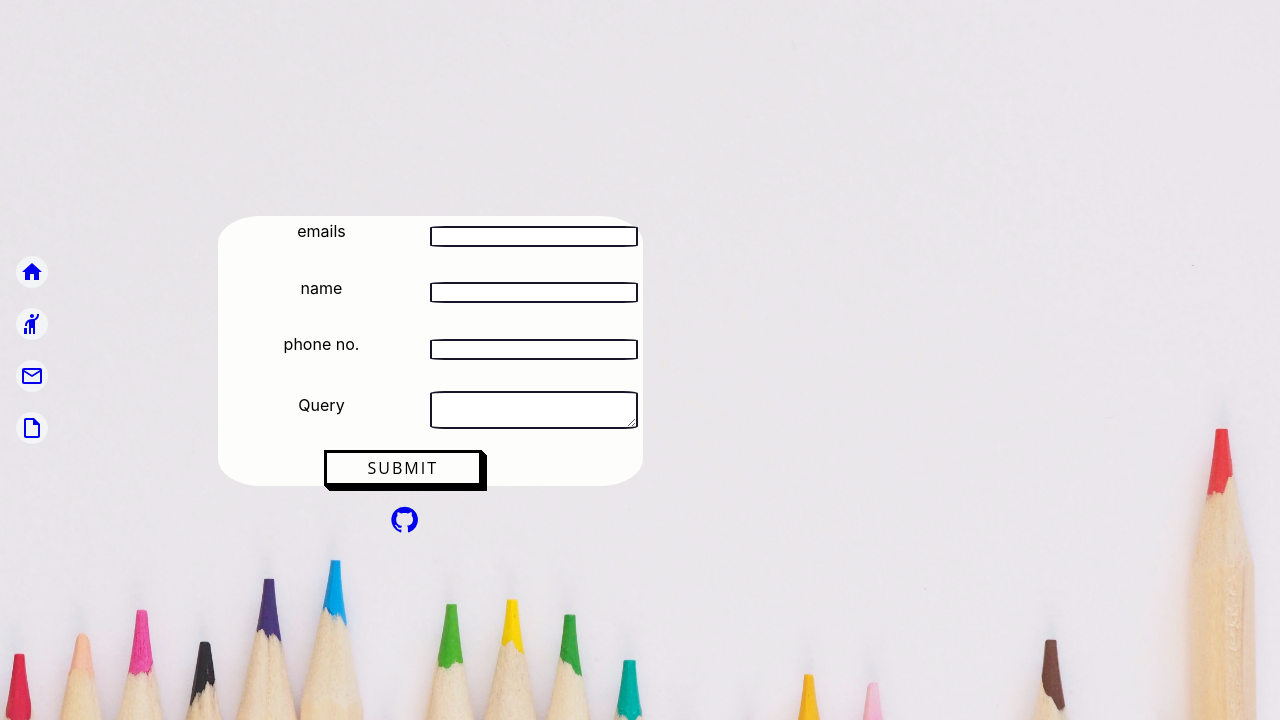
Repository: ujjawalmittal55/portfolio1
Page: /contact
These files come from the project's save history. The page is drawn as it stood at one moment and after the next save; the edit follows.
The browser window is 1280 px wide. The pictures show the whole page.
The project was rebuilt for these pictures with package versions that can differ from the ones it lists, and the page was loaded fresh each time. Also part of the build but not shown: src/display.css, src/Display.tsx, src/about.css, src/About.jsx, src/document.css, src/Document.jsx.

Above is the page before, as saved 2022-05-15 19:11:45.

After the next save:
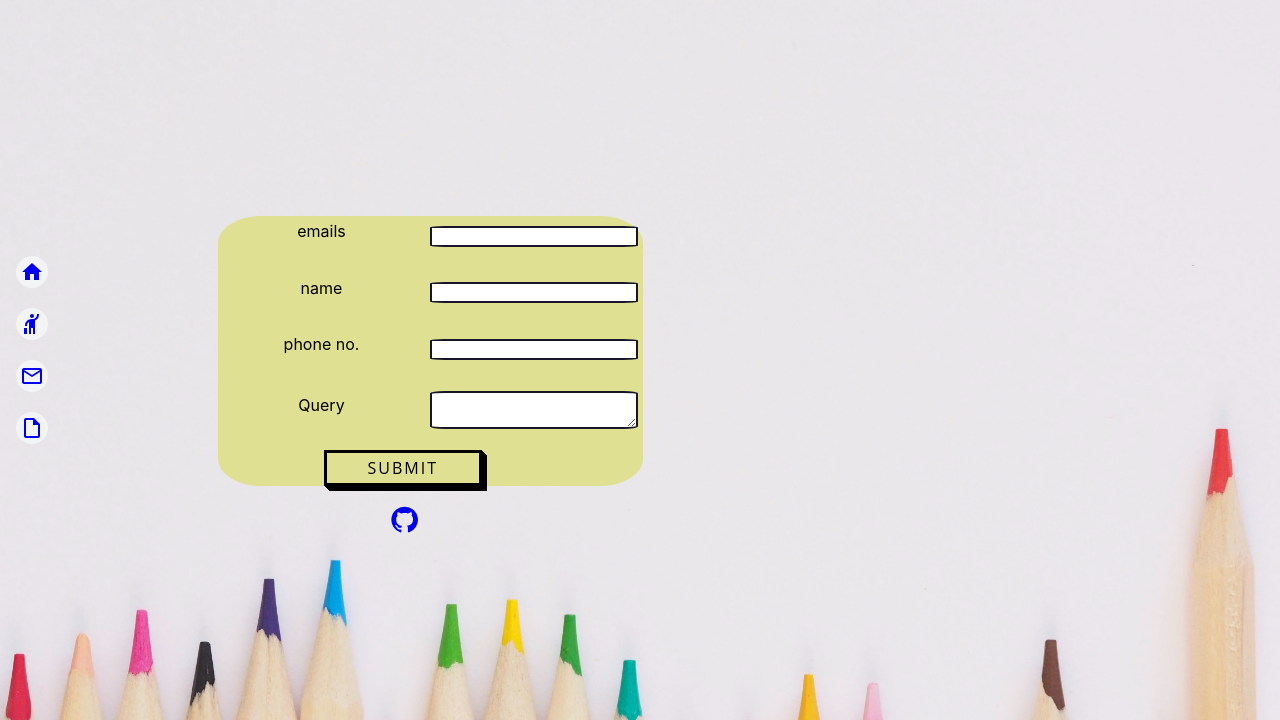
Saved 43 s later.
--- a/src/contact.css
+++ b/src/contact.css
@@ -1,5 +1,5 @@
 .form {
-  background-color: rgb(253, 253, 252);
+  background-color: rgb(224, 224, 146);
   display: grid;
   text-align: center;
   margin-top: 30vh;
